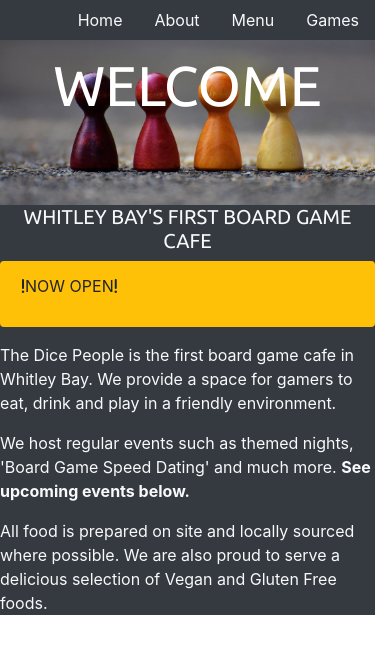
Repository: Code-Institute-Submissions/eleanorpro-milestoneproject1
Page: index.html
The author's editor kept a record of every edit. The page is drawn from the files as they stood at one moment, then again after the next edit.
The browser window is 375 px wide. The page is 390 px wide, so the pictures cover 390 px, including what lies to the right of the window. The pictures show the whole page.
Some web libraries are served in a nearby version.

Above is the page before.

After the next edit:
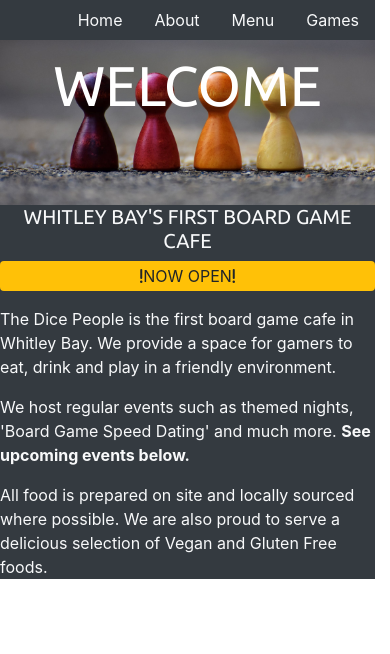
The edit:
--- a/css/style.css
+++ b/css/style.css
@@ -47,7 +47,16 @@
 }
 
 @media (max-width: 600px) {
-.mobhide {
-    display: none;
+    .mobhide {
+        display: none;
+    }
 }
+
+/*--------------------------------------Home Page */
+
+.alert {
+    text-align: center;
+    padding: 2px 0;
+    2px 0;
+    height: 30px;
 }
